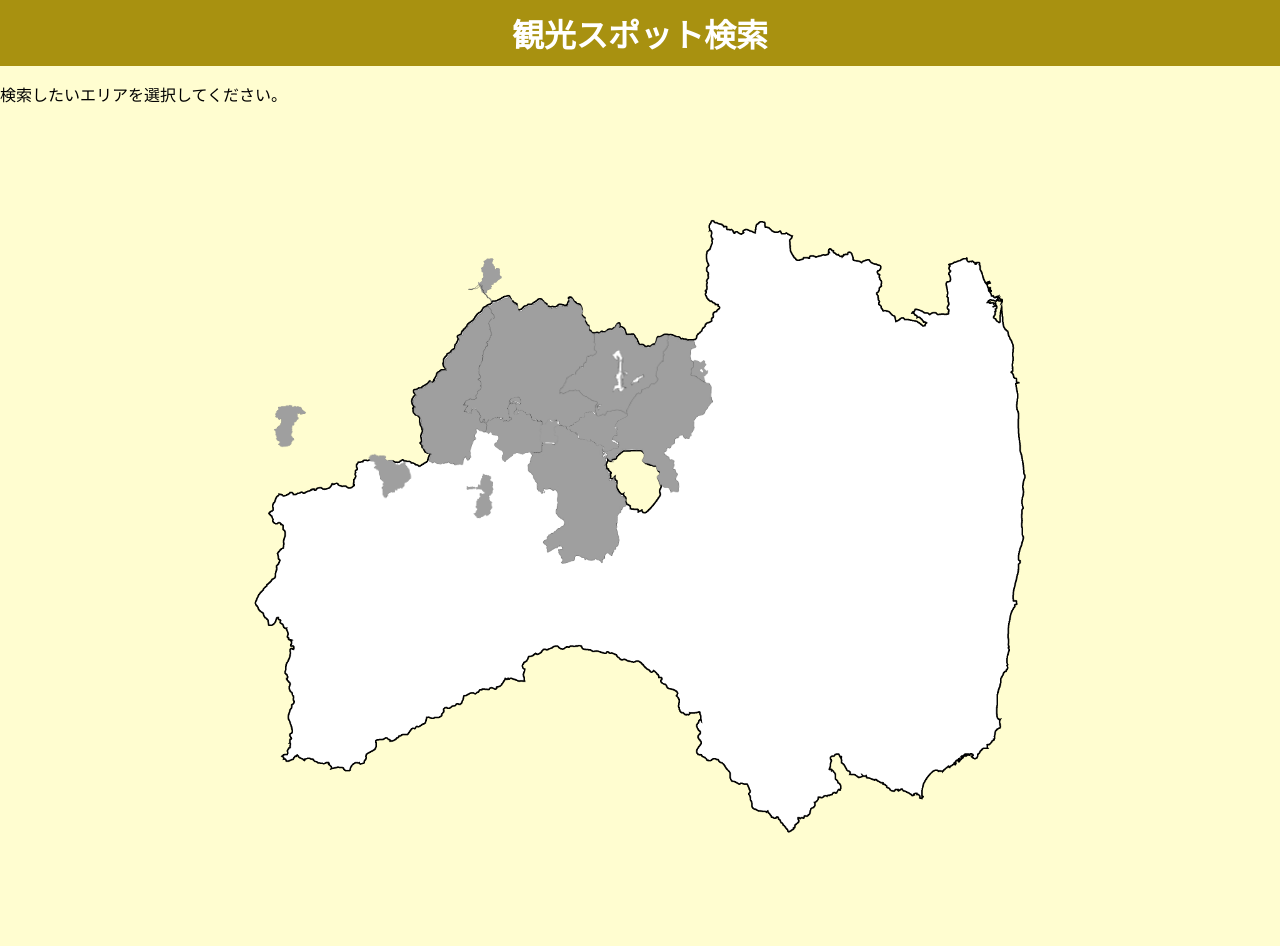
Repository: ryoutana/tanaryou.github.io
Page: Downloads/project/index.html
These files come from the project's save history. The page is drawn as it stood at one moment and after a run of saves; the edit follows.
The browser window is 1280 px wide. The pictures show the whole page.

Above is the page before, as saved 2025-04-29 13:50:56.

### Downloads/project/index.html
<!DOCTYPE html>
<html lang="ja">
<head>
    <meta charset="UTF-8">
    <meta name="viewport" content="width=device-width, initial-scale=1.0">
    <title>観光スポット検索</title>
    <link rel="stylesheet" href="styles.css">
</head>
<body>
    <header>
        <h1 id="pageTitle">観光スポット検索</h1>
    </header>
    <main>
        <section id="intro">
            <p id="introText">検索したいエリアを選択してください。</p>
            <div id="mapContainer">
                <img id="introImage" src="福島県白地図.png" alt="福島県の地図">
                <div id="spotContainer"></div>
            </div>
        </section>
    </main>
    <script src="script.js"></script>
</body>
</html>

### Downloads/project/styles.css
/* styles.css */

/* 全体のリセット */
body, html {
    margin: 0;
    padding: 0;
    box-sizing: border-box;
    background-color: #fffdd0; /* 背景色をクリーム色に設定 */
    font-family: Arial, sans-serif;
}

/* ヘッダーのスタイル */
header {
    text-align: center;
    background-color: #a89110; /* ゴールド系の背景色 */
    padding: 10px 0;
}

#pageTitle {
    font-size: 2em;
    margin: 0;
    color: #fff; /* 白文字 */
}

/* 地図全体のコンテナ */
#mapContainer {
    position: relative;
    width: 80%; /* 地図の幅を画面幅に応じて調整 */
    max-width: 800px;
    margin: 20px auto;
    overflow: hidden;
    text-align: center;
}

#introImage {
    width: 100%; /* 地図画像を親要素にフィットさせる */
    height: auto;
    display: block;
    margin: 0 auto;
    z-index: 1;
}

/* スポット画像のコンテナ */
#spotContainer {
    position: absolute;
    top: 0;
    left: 0;
    width: 100%;
    height: 100%;
    z-index: 2;
}

/* スポット画像のスタイル */
.spot-image {
    position: absolute;
    transform: translate(-50%, -50%); /* 中心基準で配置 */
    cursor: pointer;
    transition: filter 0.3s ease;
    filter: brightness(0.8) saturate(0); /* デフォルトで薄い灰色 */
}

.spot-image:hover {
    filter: brightness(1.2) hue-rotate(90deg); /* カーソルが乗ると黄緑 */
}

.spot-image.active {
    filter: brightness(1) hue-rotate(120deg) saturate(2); /* クリックでしっかり緑 */
}

### Downloads/project/script.js
// script.js

// スポットデータ（座標は地図画像内の相対的なピクセル位置）
const spots = [
    { name: '会津坂下町', img: '会津坂下町(白地図).png', x: 275, y: 303, width: 78 },
    { name: '会津若松市', img: '会津若松市(白地図).png', x: 337, y: 368, width: 158 },
    { name: '会津美里町', img: '会津美里町(白地図).png', x: 250, y: 150, width: 40 },
    { name: '喜多方市', img: '喜多方市(白地図).png', x: 291, y: 230, width: 170 },
    { name: '金山町', img: '金山町(白地図).png', x: 450, y: 250, width: 45 },
    { name: '三島町', img: '三島町(白地図).png', x: 50, y: 300, width: 50 },
    { name: '昭和村', img: '昭和村(白地図).png', x: 150, y: 350, width: 55 },
    { name: '西会津町', img: '西会津町(白地図).png', x: 214, y: 260, width: 180 },
    { name: '猪苗代町', img: '猪苗代町(白地図).png', x: 418, y: 288, width: 178 },
    { name: '湯川村', img: '湯川村(白地図).png', x: 309, y: 306, width: 30 },
    { name: '磐梯町', img: '磐梯町(白地図).png', x: 357, y: 304, width: 69 },
    { name: '北塩原村', img: '北塩原村(白地図).png', x: 374, y: 244, width: 123 },
    { name: '柳津町', img: '柳津町(白地図).png', x: 240, y: 370, width: 50 }
];

// スポットを動的に生成
function generateSpots() {
    const spotContainer = document.getElementById('spotContainer');
    const mapContainer = document.getElementById('mapContainer');

    if (!spotContainer || !mapContainer) {
        console.error('Error: 必要な要素が見つかりません。');
        return;
    }

    const mapWidth = mapContainer.offsetWidth; // 地図の幅
    const mapHeight = mapContainer.offsetHeight; // 地図の高さ

    spots.forEach(spot => {
        const img = document.createElement('img');
        img.src = spot.img;
        img.alt = spot.name;
        img.style.width = `${(spot.width / 800) * mapWidth}px`; // 幅を地図のサイズに比例させる
        img.style.left = `${(spot.x / 800) * mapWidth}px`; // x座標を地図のサイズに比例させる
        img.style.top = `${(spot.y / 800) * mapHeight}px`; // y座標を地図のサイズに比例させる
        img.classList.add('spot-image');

        // クリックイベントで色を変更
        img.addEventListener('click', () => {
            if (img.classList.contains('active')) {
                img.classList.remove('active'); // 緑から灰色に戻す
            } else {
                img.classList.add('active'); // 緑にする
            }
        });

        spotContainer.appendChild(img);
    });
}

// 初期化処理
function init() {
    generateSpots();
    console.log('スポット画像の生成が完了しました。');
}

// ページ読み込み時に初期化
window.onload = init;

After the next 6 saves:
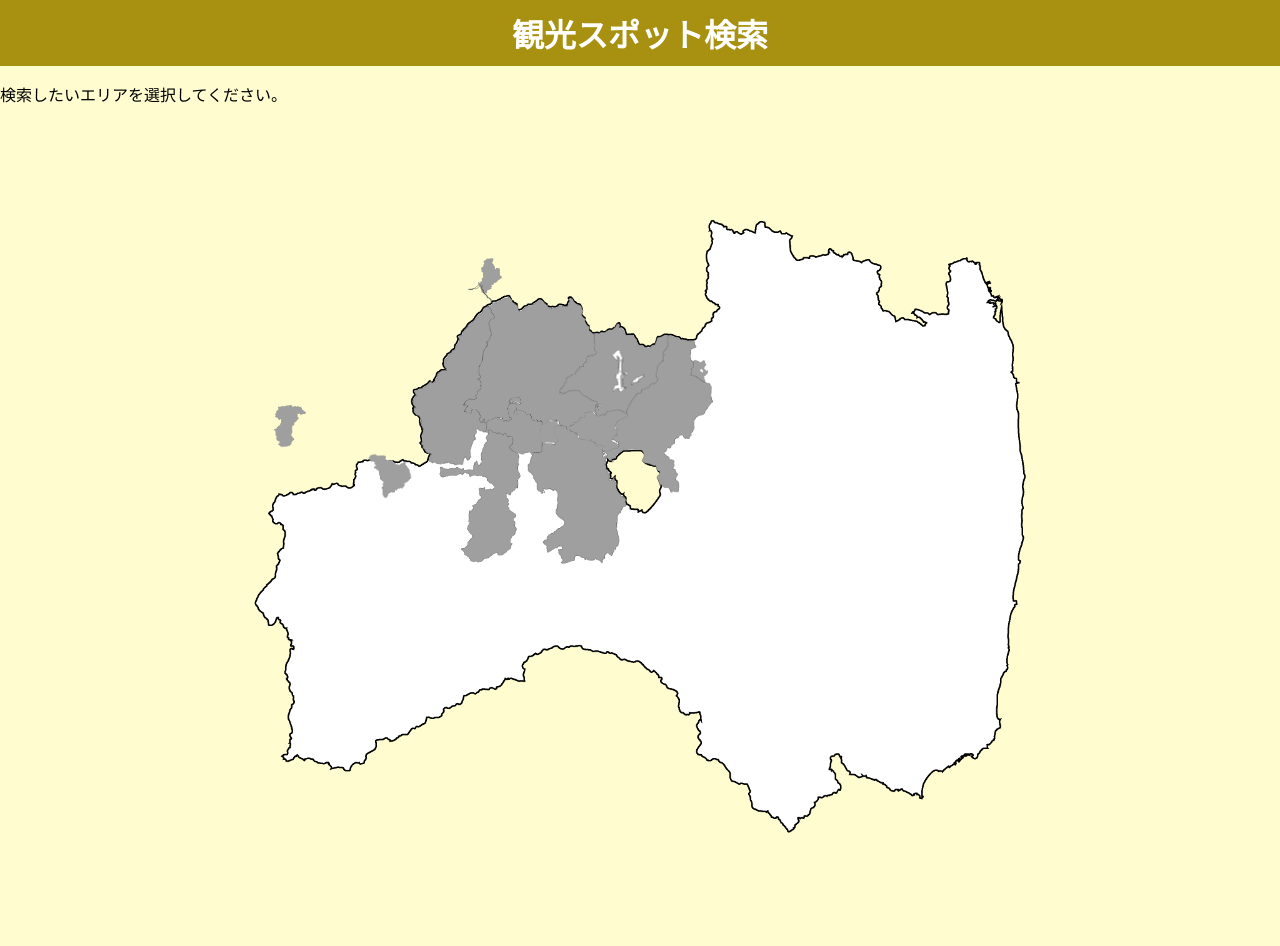
The 6 saves are shown as one change because they came seconds apart.
The last was saved 14 s later.
--- a/Downloads/project/script.js
+++ b/Downloads/project/script.js
@@ -14,7 +14,7 @@ const spots = [
     { name: '湯川村', img: '湯川村(白地図).png', x: 309, y: 306, width: 30 },
     { name: '磐梯町', img: '磐梯町(白地図).png', x: 357, y: 304, width: 69 },
     { name: '北塩原村', img: '北塩原村(白地図).png', x: 374, y: 244, width: 123 },
-    { name: '柳津町', img: '柳津町(白地図).png', x: 240, y: 370, width: 50 }
+    { name: '柳津町', img: '柳津町(白地図).png', x: 240, y: 370, width: 150 }
 ];
 
 // スポットを動的に生成
